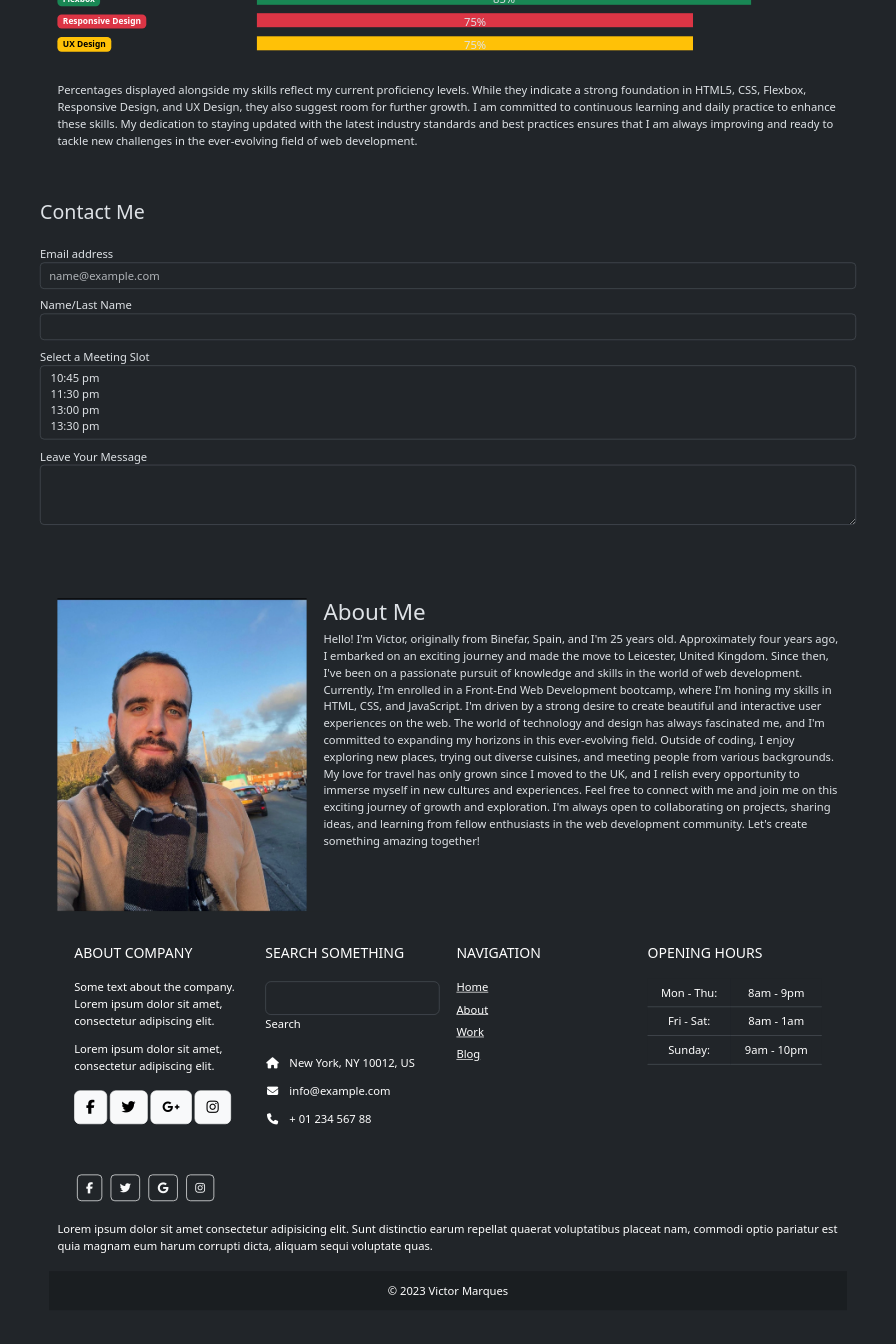
Repository: uvee35/Bootstrap-Portfolio
Page: index.html
The author's editor kept a copy of each file at every save. The page is drawn from the files as they stood at one save, then again after the next save.
The browser window is 1280 px wide. The pictures show the part of the page from y = 1287 to 3207 px (the page is 3207 px tall before and 3135 px after), at 70% of full size.
A picture or video elsewhere on the page could not be fetched, so the positions and the page height are approximate. Some web libraries are served in a nearby version.

Above is the page before, as saved 2023-12-18 22:01:54.

### index.html
<!DOCTYPE html>
<html lang="en" data-bs-theme="dark">
  <head>
    <meta charset="utf-8" />
    <meta name="viewport" content="width=device-width, initial-scale=1" />
    <title>Bootstrap demo</title>
    <link
      href="https://cdn.jsdelivr.net/npm/bootstrap@5.3.2/dist/css/bootstrap.min.css"
      rel="stylesheet"
      integrity="sha384-T3c6CoIi6uLrA9TneNEoa7RxnatzjcDSCmG1MXxSR1GAsXEV/Dwwykc2MPK8M2HN"
      crossorigin="anonymous"
    />
    <link rel="stylesheet" href="./css/style.css" />
    <link
      rel="stylesheet"
      href="https://cdnjs.cloudflare.com/ajax/libs/font-awesome/5.15.4/css/all.min.css"
    />
    <link
      href="https://cdnjs.cloudflare.com/ajax/libs/font-awesome/6.0.0-beta3/css/all.min.css"
      rel="stylesheet"
    />
  </head>
  <body>
    <!-- Navbar -->
    <nav class="navbar navbar-expand-lg navbar-light bg-dark">
      <div class="container-fluid">
        <!-- Brand/logo -->
        <a class="navbar-brand" href="#home">Victor Marques</a>
        <i class="fab fa-html5"></i>

        <!-- Toggle button for small screens -->
        <button
          class="navbar-toggler"
          type="button"
          data-bs-toggle="collapse"
          data-bs-target="#navbarNavAltMarkup"
          aria-controls="navbarNavAltMarkup"
          aria-expanded="false"
          aria-label="Toggle navigation"
        >
          <span class="navbar-toggler-icon"></span>
        </button>

        <!-- Navbar links -->
        <div
          class="collapse navbar-collapse justify-content-end"
          id="navbarNavAltMarkup"
        >
          <div class="navbar-nav">
            <a class="nav-link" href="#about-me">About Me</a>
            <a class="nav-link" href="#work">Work</a>
            <a class="nav-link" href="#skills">Skills</a>
            <a class="nav-link" href="#contact-me">Contact</a>
          </div>
        </div>
      </div>
    </nav>

    <!-- Hero Section -->
    <section class="hero-section bg-dark text-center py-5" id="hero">
      <div class="container">
        <img
          src="./css/images/victor.JPG"
          alt="Your Name"
          class="rounded-circle mb-3"
          style="width: 150px; height: 150px"
        />
        <h1 class="display-4">Victor Marques</h1>
        <p class="lead">Front-end Developer | Creative Designer</p>
        <p>
          Welcome to my professional portfolio. Here you can find a showcase of
          my work, projects I've contributed to, and the skills I bring to the
          table.
        </p>
      </div>
      <a href="#contact-me" class="btn btn-primary btn-lg">Let's Talk</a>
      <a href="#skills" class="btn btn-secondary btn-lg">My Skills</a>

    </section>

    <!-- Cards -->
    <div class="container-fluid" id="work">
      <div class="row">
        <h1 class="col-12" id="work-text">My Portfolio</h1>
        <!-- Card 1 -->
        <div class="cardContainer col-lg-3 col-md-3 col-sm-6 padding-top">
          <div class="card">
            <img
              src="./css/images/card1photo.png"
              class="card-img-top"
              alt="..."
            />
            <div class="card-body">
              <h4 class="card-title">Horiseon Website</h4>
              <p class="card-text">
                Horiseon is a website crafted with HTML and CSS, focusing on
                accessibility and search engine optimization...
              </p>
              <a
                href="https://uvee35.github.io/Victor-Module1Challenge/"
                class="btn btn-primary"
                >See Live Demo</a
              >
            </div>
          </div>
        </div>
        <!-- End card 1 -->

        <!-- Card 2 -->
        <div class="cardContainer col-lg-3 col-md-3 col-sm-6">
          <div class="card">
            <img src="./css/images/card2.png" class="card-img-top" alt="..." />
            <div class="card-body">
              <h4 class="card-title">Portfolio</h4>
              <p class="card-text">
                This portfolio website, built using HTML, CSS, and Flexbox,
                features a modern and responsive design...
              </p>
              <a
                href="https://uvee35.github.io/Challenge2-Victor/."
                class="btn btn-primary"
                >See Live Demo</a
              >
            </div>
          </div>
        </div>
        <!-- End card 2 -->

        <!-- Card 3 -->
        <div class="cardContainer col-lg-3 col-md-3 col-sm-6">
          <div class="card">
            <img src="./css/images/card3.png" class="card-img-top" alt="..." />
            <div class="card-body">
              <h4 class="card-title">NiceAdmin</h4>
              <p class="card-text">
                NiceAdmin is a website designed using HTML, CSS, and Bootstrap,
                offering a user-friendly admin and dashboard interface...
              </p>
              <a
                href="https://bootstrapmade.com/demo/NiceAdmin/"
                class="btn btn-primary"
                >See Live Demo</a
              >
            </div>
          </div>
        </div>
        <!-- End card 3 -->
        <!-- Card 4 -->
        <div class="cardContainer col-lg-3 col-md-3 col-sm-6">
          <div class="card">
            <img src="./css/images/card4.png" class="card-img-top" alt="..." />
            <div class="card-body">
              <h4 class="card-title">EstateAgency</h4>
              <p class="card-text">
                EstateAgency is a sleek, Bootstrap-based real estate website
                template, ideal for agencies and realtors...
              </p>
              <a
                href="https://bootstrapmade.com/demo/EstateAgency/"
                class="btn btn-primary"
                >See Live Demo</a
              >
            </div>
          </div>
        </div>
        <!-- End card 4 -->
      </div>
    </div>
    <!-- End cards -->

    <!-- Skills Section -->

    <div class="container-fluid" id="skills">
      <div class="row mb-4">
        <h2 class="col-12" style="text-align: center; padding-top: 20px">
          My Skills
        </h2>
      </div>

      <div class="container">
        <div class="row align-items-center mb-2">
          <div class="col-md-3">
            <span class="badge text-bg-primary">HTML5</span>
          </div>
          <div class="col-md-9">
            <div
              class="bg-primary"
              style="width: 70%; height: 20px; text-align: center"
            >
              70%
            </div>
          </div>
        </div>
        <div class="row align-items-center mb-2">
          <div class="col-md-3">
            <span class="badge text-bg-secondary">CSS</span>
          </div>
          <div class="col-md-9">
            <div
              class="bg-secondary"
              style="width: 70%; height: 20px; text-align: center"
            >
              70%
            </div>
          </div>
        </div>
        <div class="row align-items-center mb-2">
          <div class="col-md-3">
            <span class="badge text-bg-success">Flexbox</span>
          </div>
          <div class="col-md-9">
            <div
              class="bg-success"
              style="width: 85%; height: 20px; text-align: center"
            >
              85%
            </div>
          </div>
        </div>
        <div class="row align-items-center mb-2">
          <div class="col-md-3">
            <span class="badge text-bg-danger">Responsive Design</span>
          </div>
          <div class="col-md-9">
            <div
              class="bg-danger"
              style="width: 75%; height: 20px; text-align: center"
            >
              75%
            </div>
          </div>
        </div>
        <div class="row align-items-center mb-2">
          <div class="col-md-3">
            <span class="badge text-bg-warning">UX Design</span>
          </div>
          <div class="col-md-9">
            <div
              class="bg-warning"
              style="width: 75%; height: 20px; text-align: center"
            >
              75%
            </div>
          </div>
        </div>

        <p style="padding-top: 35px">
          Percentages displayed alongside my skills reflect my current
          proficiency levels. While they indicate a strong foundation in HTML5,
          CSS, Flexbox, Responsive Design, and UX Design, they also suggest room
          for further growth. I am committed to continuous learning and daily
          practice to enhance these skills. My dedication to staying updated
          with the latest industry standards and best practices ensures that I
          am always improving and ready to tackle new challenges in the
          ever-evolving field of web development.
        </p>
      </div>
    </div>

    <!-- Contact Me -->
    <div class="container-fluid" id="contact-me">

    <form style="padding: 3%" style="display: flex; justify-content: center">
      <h3>Contact Me</h3>
      <div class="form-group" style="padding-top: 2%">
        <label for="exampleFormControlInput1">Email address</label>
        <input
          type="email"
          class="form-control"
          id="exampleFormControlInput1"
          placeholder="name@example.com"
        />
      </div>
      <div class="form-group" style="margin-top: 1%">
        <label for="exampleFormControlInput1">Name/Last Name</label>
        <input type="text" class="form-control" id="description" />
      </div>
      <div class="form-group" style="margin-top: 1%">
        <label for="exampleFormControlSelect2">Select a Meeting Slot</label>
        <select multiple class="form-control" id="exampleFormControlSelect2">
          <option>10:45 pm</option>
          <option>11:30 pm</option>
          <option>13:00 pm</option>
          <option>13:30 pm</option>
        </select>
      </div>
      <div class="form-group" style="margin-top: 1%">
        <label for="exampleFormControlTextarea1">Leave Your Message</label>
        <textarea
          class="form-control"
          id="exampleFormControlTextarea1"
          rows="3"
        ></textarea>
      </div>
    </div>
    </form>

    <!-- About Me Section -->
<section class="container my-5" id="about-me">
  <div class="row">

      <div class="col-lg-4">
          <img src="./css/images/victor2.jpg" alt="Victor" class="img-fluid square">
      </div>

      <div class="col-lg-8">
          <h2>About Me</h2>
          <p>Hello! I'm Victor, originally from Binefar, Spain, and I'm 25 years old. Approximately four years ago, I embarked on an exciting journey and made the move to Leicester, United Kingdom. Since then, I've been on a passionate pursuit of knowledge and skills in the world of web development.

            Currently, I'm enrolled in a Front-End Web Development bootcamp, where I'm honing my skills in HTML, CSS, and JavaScript. I'm driven by a strong desire to create beautiful and interactive user experiences on the web. The world of technology and design has always fascinated me, and I'm committed to expanding my horizons in this ever-evolving field.

            Outside of coding, I enjoy exploring new places, trying out diverse cuisines, and meeting people from various backgrounds. My love for travel has only grown since I moved to the UK, and I relish every opportunity to immerse myself in new cultures and experiences.

            Feel free to connect with me and join me on this exciting journey of growth and exploration. I'm always open to collaborating on projects, sharing ideas, and learning from fellow enthusiasts in the web development community. Let's create something amazing together!</p>

  </div>
  <footer class="bg-dark text-center text-lg-start text-white">
    <!-- Grid container -->
    <div class="container p-4">
      <!--Grid row-->
      <div class="row my-4">
        <!--Grid column-->
        <div class="col-lg-3 col-md-6 mb-4 mb-md-0">
          <h5 class="text-uppercase mb-4">About Company</h5>

          <p>
            Some text about the company. Lorem ipsum dolor sit amet, consectetur adipiscing elit.
          </p>

          <p>
            Lorem ipsum dolor sit amet, consectetur adipiscing elit.
          </p>

          <div class="mt-4">
            <!-- Facebook -->
            <a type="button" class="btn btn-floating btn-light btn-lg"><i class="fab fa-facebook-f"></i></a>
            <!-- Twitter -->
            <a type="button" class="btn btn-floating btn-light btn-lg"><i class="fab fa-twitter"></i></a>
            <!-- Google +-->
            <a type="button" class="btn btn-floating btn-light btn-lg"><i class="fab fa-google-plus-g"></i></a>
            <!-- Instagram -->
            <a type="button" class="btn btn-floating btn-light btn-lg"><i class="fab fa-instagram"></i></a>
          </div>
        </div>
        <!--Grid column-->

        <!--Grid column-->
        <div class="col-lg-3 col-md-6 mb-4 mb-md-0">
          <h5 class="text-uppercase mb-4 pb-1">Search something</h5>

          <div class="form-outline form-white mb-4">
            <input type="text" id="formControlLg" class="form-control form-control-lg" />
            <label class="form-label" for="formControlLg">Search</label>
          </div>

          <ul class="fa-ul" style="margin-left: 1.65em;">
            <li class="mb-3">
              <span class="fa-li"><i class="fas fa-home"></i></span><span class="ms-2">New York, NY 10012, US</span>
            </li>
            <li class="mb-3">
              <span class="fa-li"><i class="fas fa-envelope"></i></span><span class="ms-2">info@example.com</span>
            </li>
            <li class="mb-3">
              <span class="fa-li"><i class="fas fa-phone"></i></span><span class="ms-2">+ 01 234 567 88</span>
            </li>
          </ul>
        </div>
        <!--Grid column-->

        <!--Grid column-->
        <div class="col-lg-3 col-md-6 mb-4 mb-md-0">
          <h5 class="text-uppercase mb-4">Navigation</h5>

          <ul class="list-unstyled">
            <li class="mb-2"><a href="#!" class="text-white">Home</a></li>
            <li class="mb-2"><a href="#!" class="text-white">About</a></li>
            <li class="mb-2"><a href="#!" class="text-white">Work</a></li>
            <li class="mb-2"><a href="#!" class="text-white">Blog</a></li>
          </ul>
        </div>
        <!--Grid column-->

        <!--Grid column-->
        <div class="col-lg-3 col-md-6 mb-4 mb-md-0">
          <h5 class="text-uppercase mb-4">Opening hours</h5>

          <table class="table text-center text-white">
            <tbody class="font-weight-normal">
              <tr>
                <td>Mon - Thu:</td>
                <td>8am - 9pm</td>
              </tr>
              <tr>
                <td>Fri - Sat:</td>
                <td>8am - 1am</td>
              </tr>
              <tr>
                <td>Sunday:</td>
                <td>9am - 10pm</td>
              </tr>
            </tbody>
          </table>
        </div>
        <!--Grid column-->
      </div>
      <!--Grid row-->
    </div>
    <!-- Grid container -->

    <!-- Section: Social media -->
    <section class="p-4 pt-0">
      <div class="row">
        <div class="col-lg-6 col-md-12 mb-4 mb-md-0">
          <!-- Facebook -->
          <a class="btn btn-outline-light btn-floating m-1" href="#!" role="button"><i class="fab fa-facebook-f"></i></a>

          <!-- Twitter -->
          <a class="btn btn-outline-light btn-floating m-1" href="#!" role="button"><i class="fab fa-twitter"></i></a>

          <!-- Google -->
          <a class="btn btn-outline-light btn-floating m-1" href="#!" role="button"><i class="fab fa-google"></i></a>

          <!-- Instagram -->
          <a class="btn btn-outline-light btn-floating m-1" href="#!" role="button"><i class="fab fa-instagram"></i></a>
        </div>
      </div>
    </section>
    <!-- Section: Social media -->

    <!-- Section: Text -->
    <section class="mb-4">
      <p>
        Lorem ipsum dolor sit amet consectetur adipisicing elit. Sunt distinctio earum repellat quaerat voluptatibus placeat nam, commodi optio pariatur est quia magnam eum harum corrupti dicta, aliquam sequi voluptate quas.
      </p>
    </section>
    <!-- Section: Text -->

    <!-- Section: Links -->
    <section class="">
      <!--Grid row-->
      <div class="row">


    <div class="text-center p-3" style="background-color: rgba(0, 0, 0, 0.2);">
      © 2023 Victor Marques

    </div>
  </footer>


<script src="https://kit.fontawesome.com/c1bc576c12.js" crossorigin="anonymous"></script>

    <script
      src="https://cdn.jsdelivr.net/npm/bootstrap@5.3.2/dist/js/bootstrap.bundle.min.js"
      integrity="sha384-C6RzsynM9kWDrMNeT87bh95OGNyZPhcTNXj1NW7RuBCsyN/o0jlpcV8Qyq46cDfL"
      crossorigin="anonymous"
    ></script>
  </body>
</html>

### css/style.css
.hero-section {
    background-color: #121212; /* Dark background color */
    color: #ffffff; /* White text color for contrast */
    position: relative; /* Position relative for absolute positioning of buttons */
    z-index: 1; /* Ensure the layering is correct */
  }


  .hero-buttons {
    position: absolute;
    bottom: 20px;
    left: 50%;
    transform: translateX(-50%); /* Center the buttons */
    z-index: 2; /* Above the background image */
  }

  /* If you have a specific background image you want to use */
  .hero-section {
    background-image: url('./images/planet-1702788_1920.jpg');
    background-size: cover;
    background-position: center;
  }

  #Skills {
    border: 1px solid #ccc;
    border-radius: 5px;
    padding: 20px;
  }

  #work{
    border: 1px solid none;
    border-radius: 5px;
    padding: 20px;
  }

.col-12{
text-align: center;
 padding-top: 5px;
 padding-bottom: 2%;
}

#contact-me{
  border: 1px solid none;
    border-radius: 5px;
    padding: 20px;
}

After the next save:
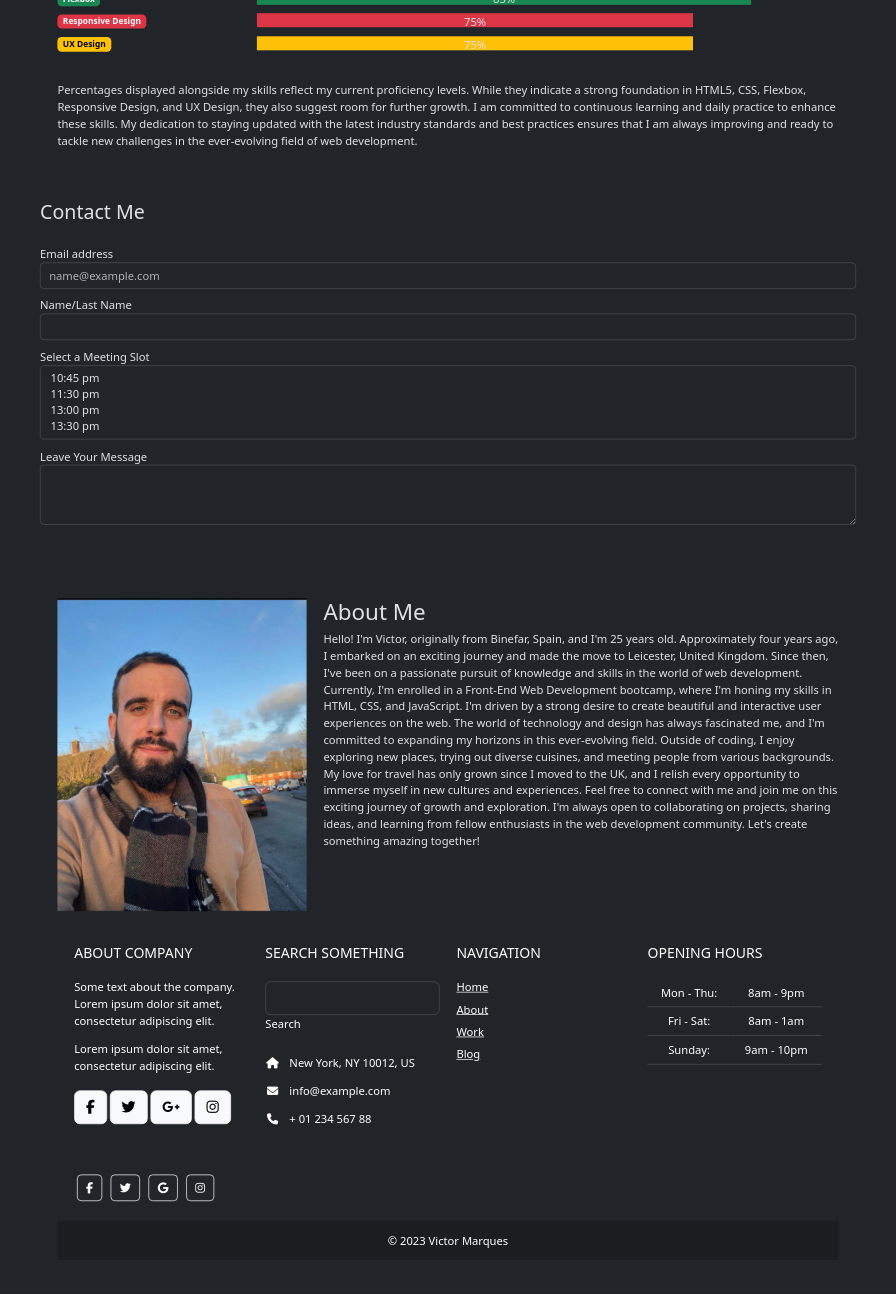
Saved 15 s later.
--- a/index.html
+++ b/index.html
@@ -427,19 +427,6 @@
     </section>
     <!-- Section: Social media -->
 
-    <!-- Section: Text -->
-    <section class="mb-4">
-      <p>
-        Lorem ipsum dolor sit amet consectetur adipisicing elit. Sunt distinctio earum repellat quaerat voluptatibus placeat nam, commodi optio pariatur est quia magnam eum harum corrupti dicta, aliquam sequi voluptate quas.
-      </p>
-    </section>
-    <!-- Section: Text -->
-
-    <!-- Section: Links -->
-    <section class="">
-      <!--Grid row-->
-      <div class="row">
-
 
     <div class="text-center p-3" style="background-color: rgba(0, 0, 0, 0.2);">
       © 2023 Victor Marques
